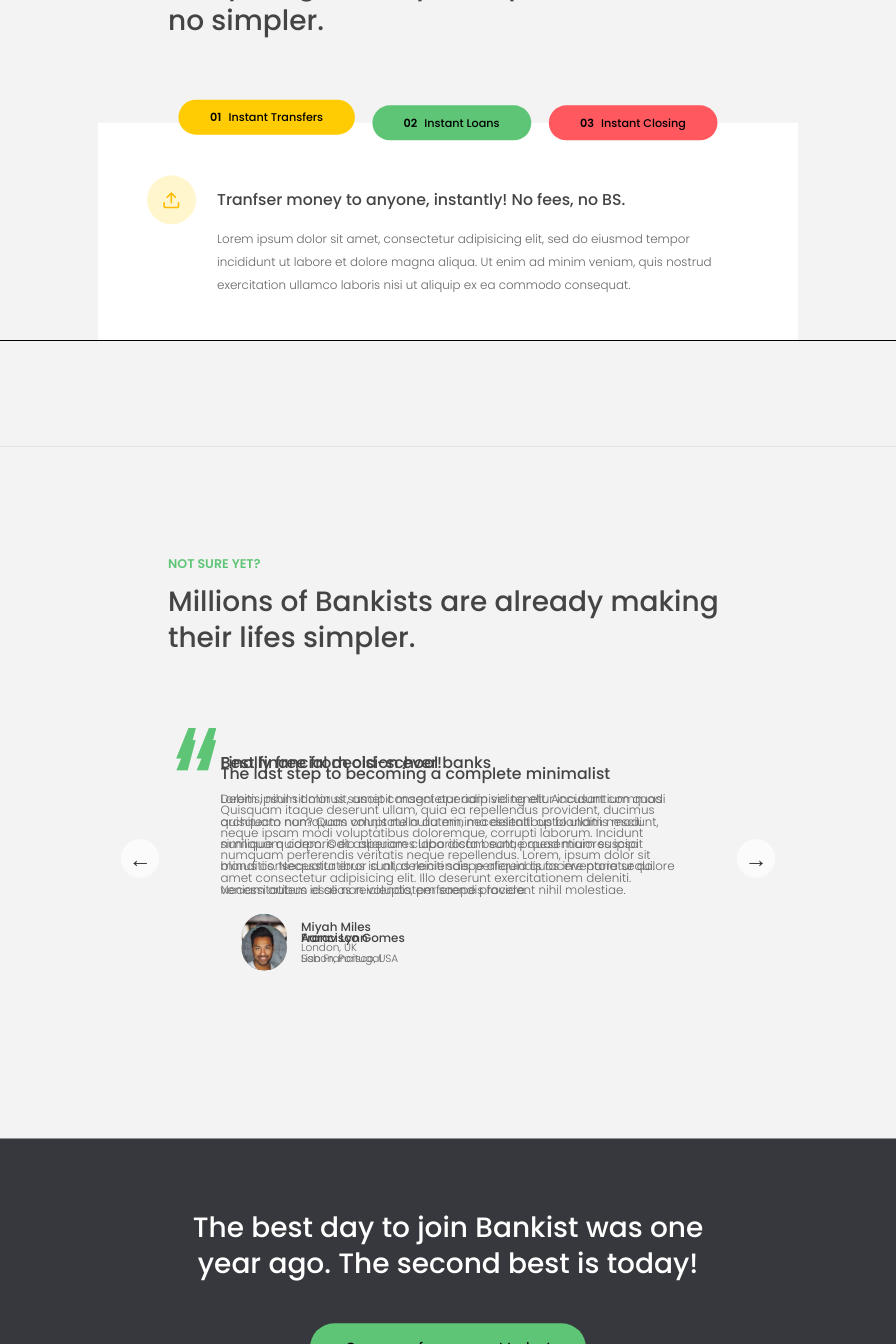
Repository: jiahow99/Javascript-Dom-Udemy
Page: index.html
An editor plug-in stored every save of this project. The page is shown before and after the next save, followed by the edit.
The browser window is 1280 px wide. The pictures show the part of the page from y = 2419 to 4339 px (the page is 4886 px tall before and 4625 px after), at 70% of full size.

Above is the page before, as saved 2023-01-31 23:46:46.

After the next save:
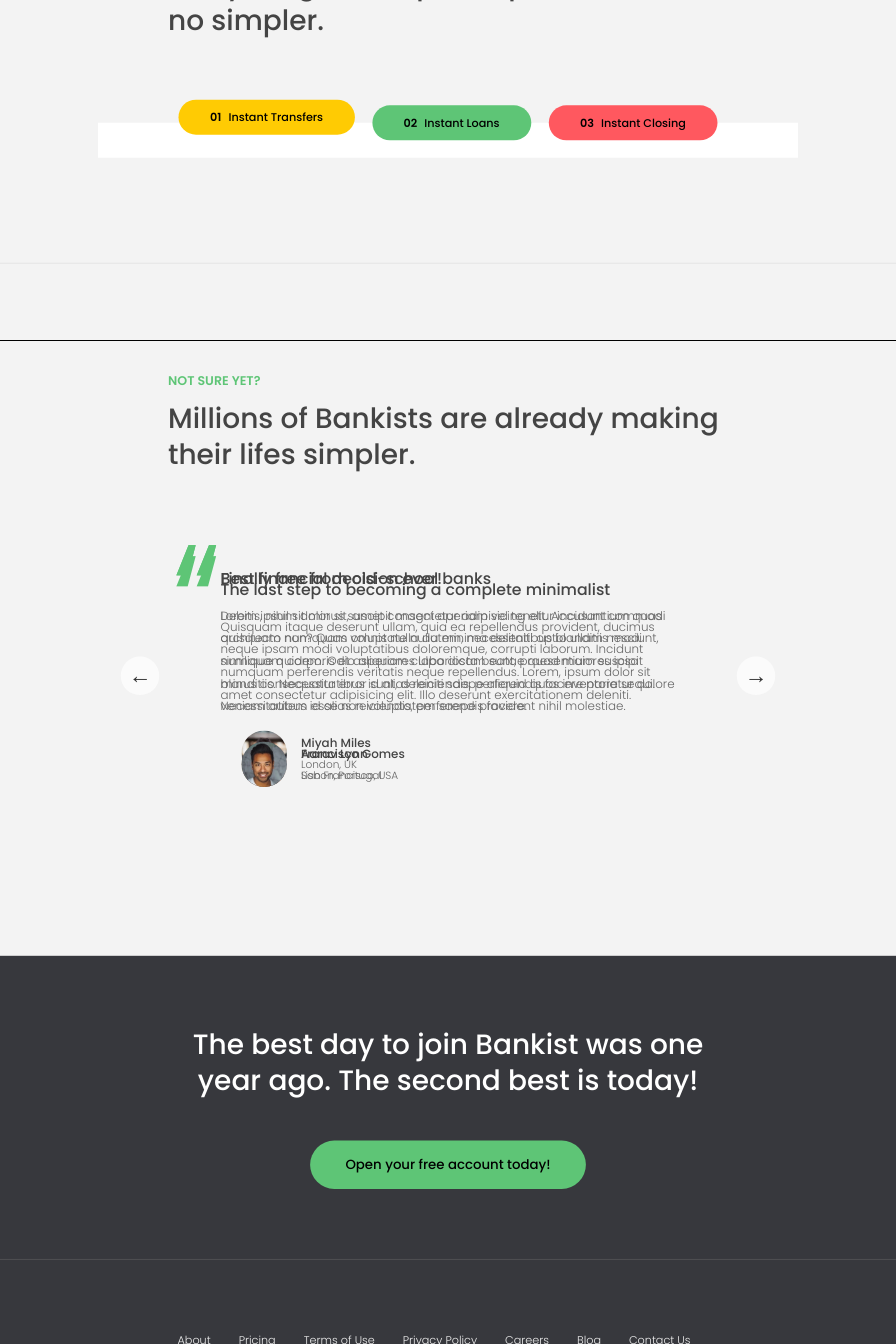
Saved 5 s later.
--- a/style.css
+++ b/style.css
@@ -323,7 +323,7 @@
 }
 
 .operations__content--active {
-  display: grid;
+  /* display: grid; */
   grid-template-columns: 7rem 1fr;
   column-gap: 3rem;
   row-gap: 0.5rem;
